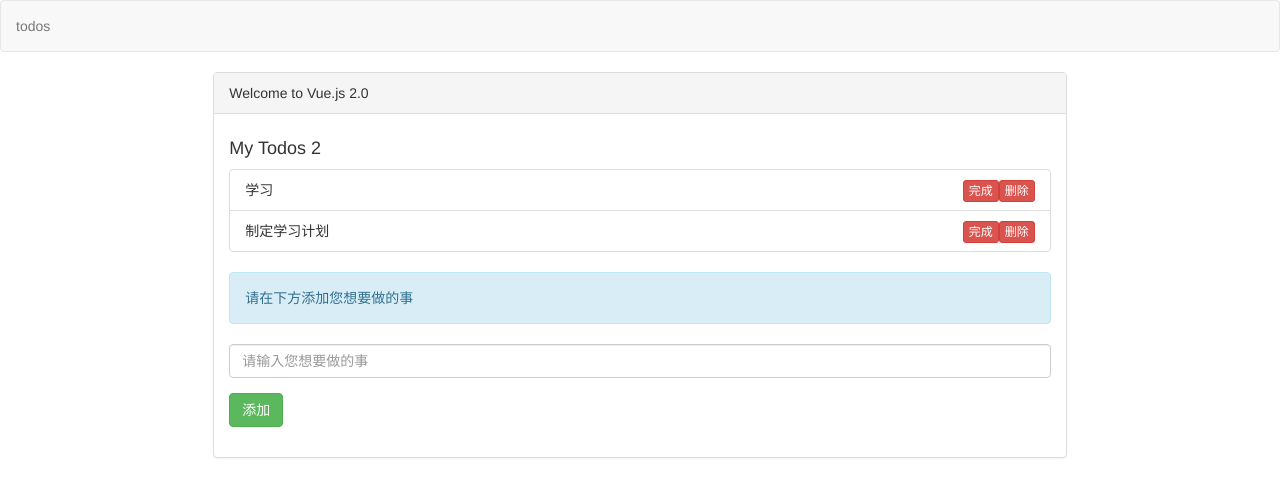
Repository: myr1111/todo
Page: Todoapp/index.html
The author's editor kept a copy of each file at every save. The page is drawn from the files as they stood at one save, then again after the next save.
The browser window is 1280 px wide. The pictures show the whole page.

Above is the page before, as saved 2019-04-01 08:59:30.

After the next save:
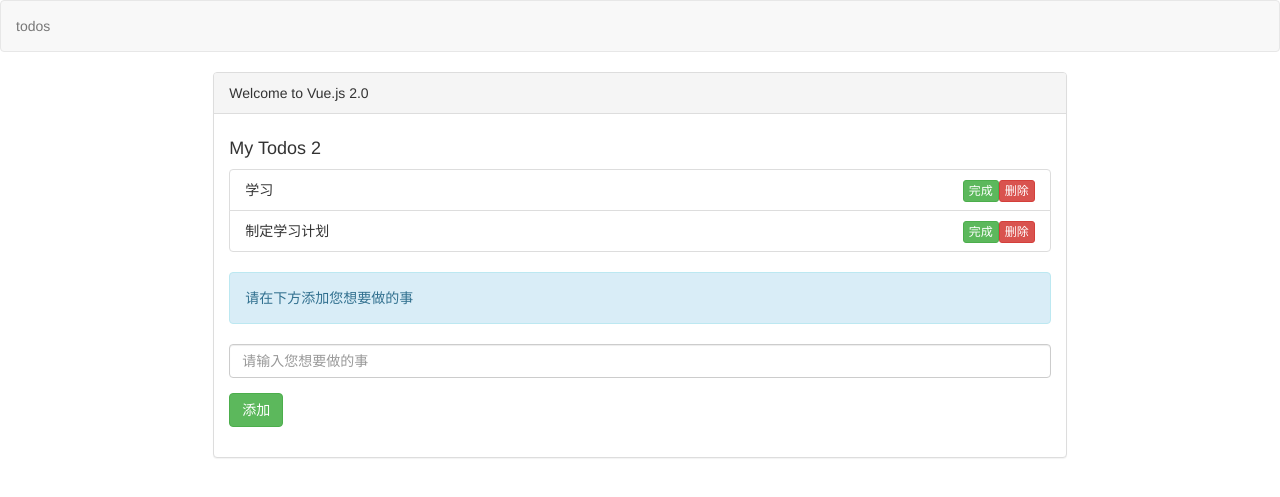
Saved 9 s later.
--- a/Todoapp/index.html
+++ b/Todoapp/index.html
@@ -23,7 +23,7 @@
                             v-for="(todo,index) in todos"
                         >{{todo.title}}
                             <button @click="del(index)" class="btn btn-danger btn-xs pull-right">删除</button>
-                            <button @click="del(index)" class="btn btn-danger btn-xs pull-right">完成</button>
+                            <button @click="del(index)" class="btn btn-success btn-xs pull-right">完成</button>
                         </li>
                     </ul>
                     <div class="alert alert-info">请在下方添加您想要做的事</div>
